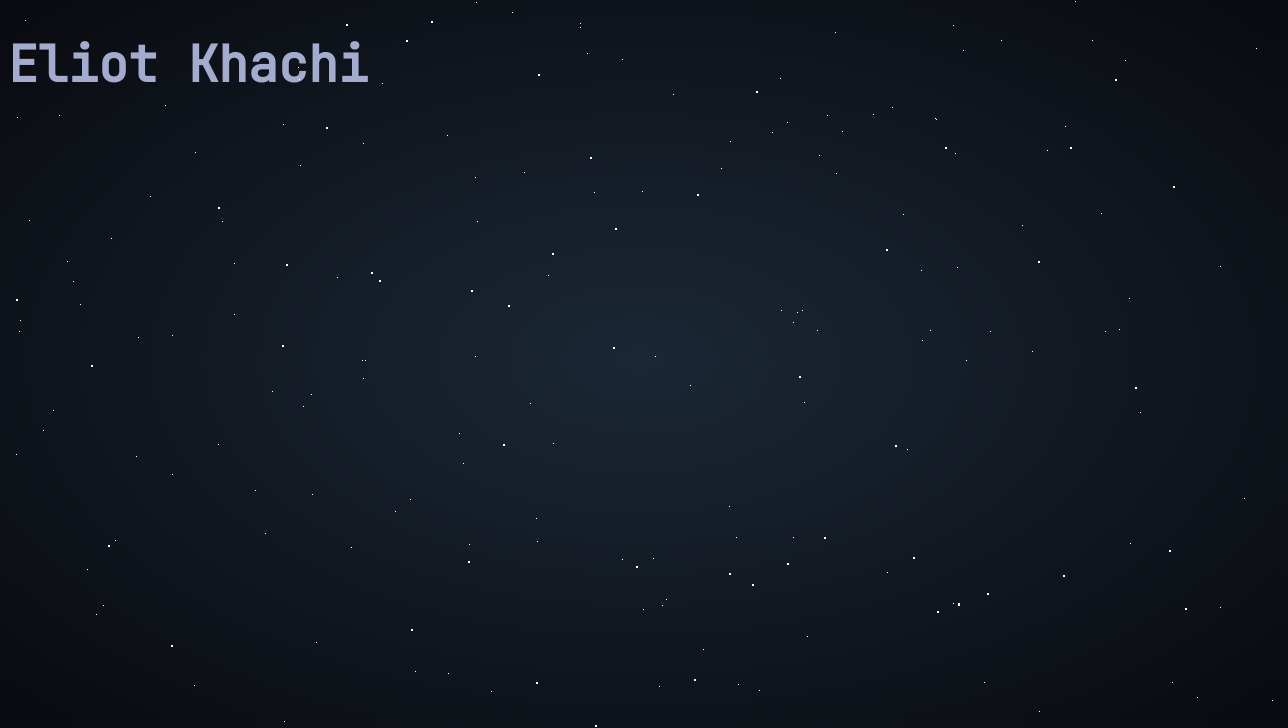
Repository: EliotKhachi/publicZk
Page: zettelkasten.html
These files come from the project's save history. The page is drawn as it stood at one moment and after the next save; the edit follows.
The browser window is 1280 px wide. The page is 1288 px wide, so the pictures cover 1288 px, including what lies to the right of the window. The pictures show the whole page.

Above is the page before, as saved 2023-10-01 17:31:27.

After the next save:
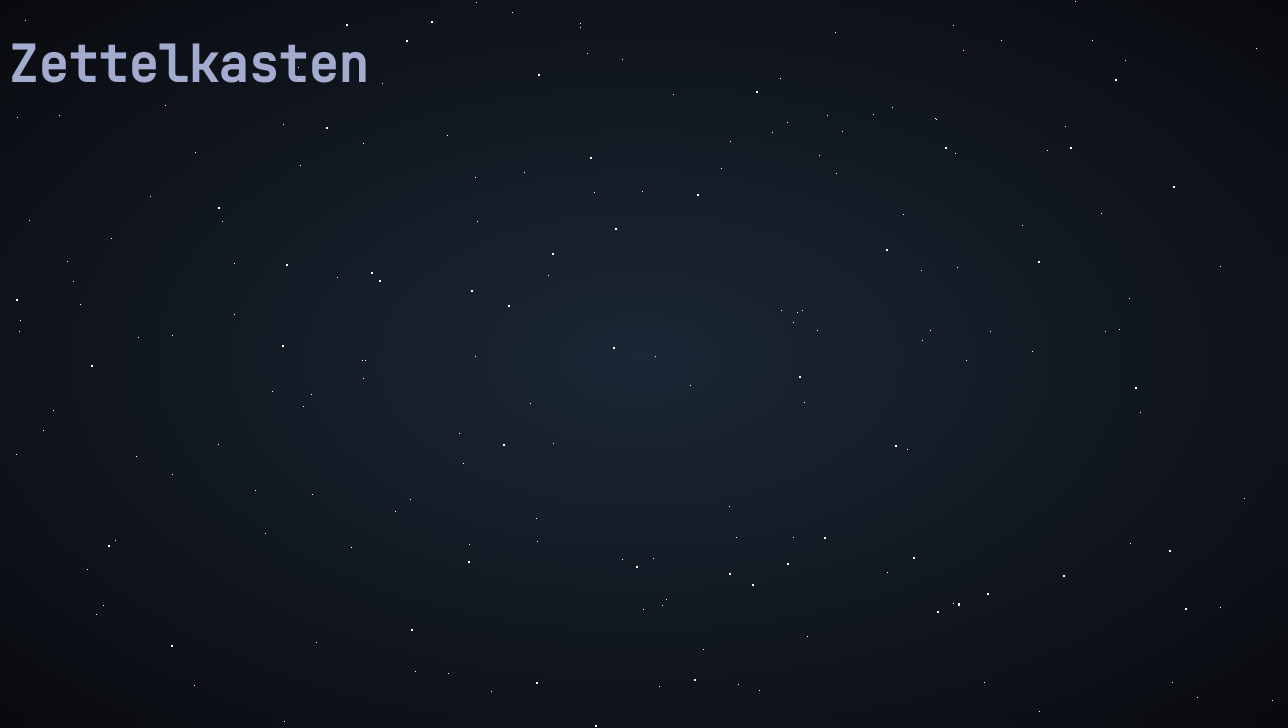
Saved 13 s later.
--- a/zettelkasten.html
+++ b/zettelkasten.html
@@ -18,7 +18,7 @@
       <div id="stars3"></div>
     </div>
     <div class="parent">
-      <h1 id="title">Eliot Khachi</h1>
+      <h1 id="title">Zettelkasten</h1>
       <div class="container"></div>
     </div>
     <script src="js/script.js"></script>
